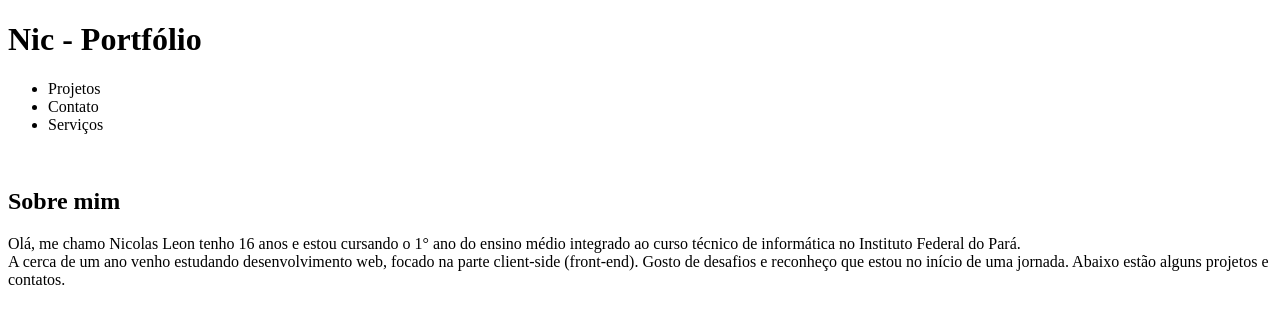
Repository: Leonngc/portfolio
Page: index.html
The author's editor kept a copy of each file at every save. The page is drawn from the files as they stood at one save, then again after the next save.
The browser window is 1280 px wide. The pictures show the whole page.

Above is the page before, as saved 2022-12-02 10:00:44.

After the next save:
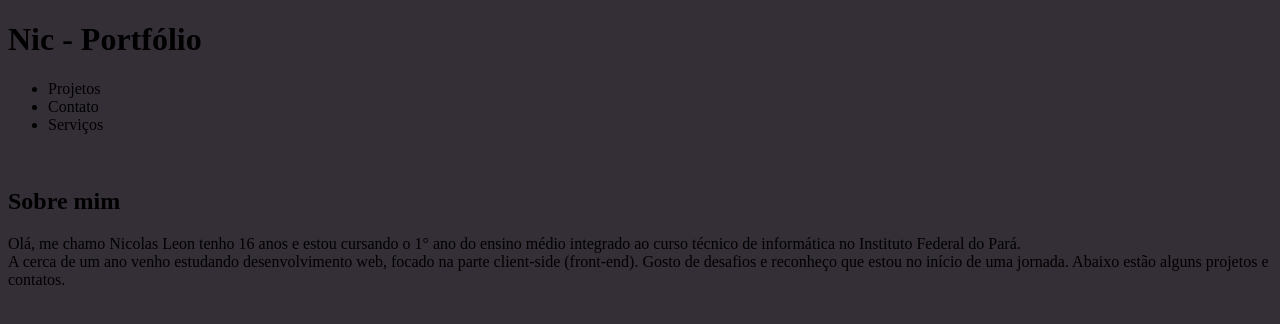
Saved 4 s later.
--- a/home.css
+++ b/home.css
@@ -5,5 +5,5 @@
 }
 
 body{
-
+    background-color: #342E37;
 }
